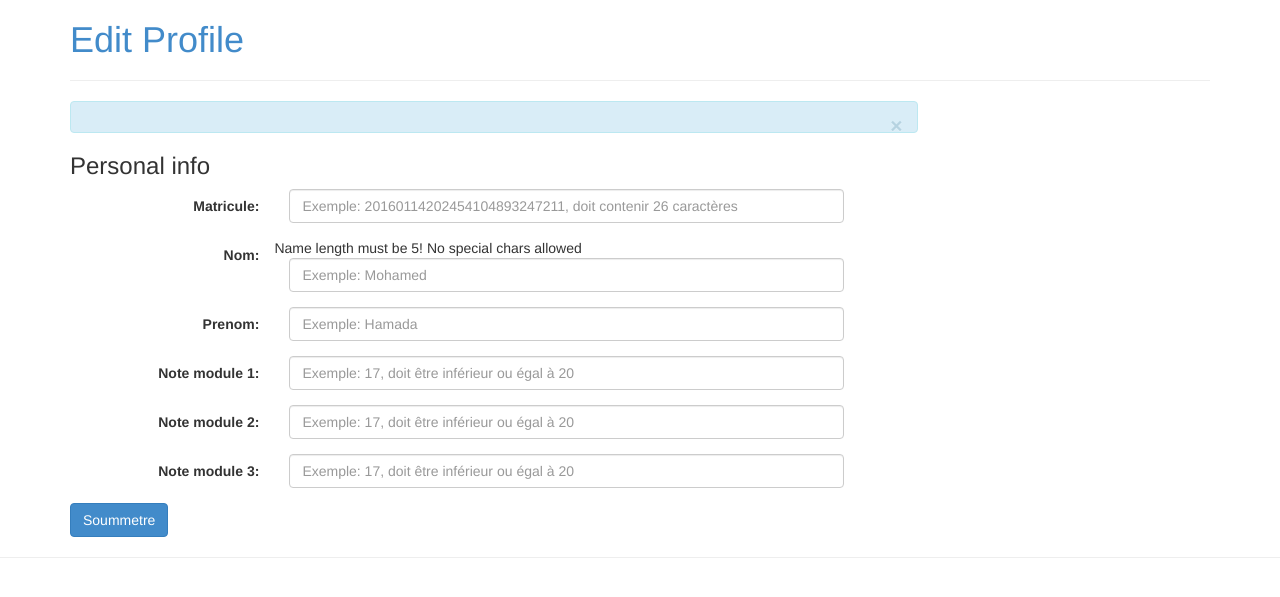
Repository: tt5300447/parakeet
Page: http://localhost/
An editor plug-in stored every save of this project. The page is shown before and after the next save, followed by the edit.
The browser window is 1280 px wide. The pictures show the whole page.
The page is run by PHP 8.4 with error messages shown; the project is at /var/www/html/.

Above is the page before, as saved 2022-06-21 16:45:54.
Console error (its wording comes from the project's code and is left out).

After the next save:
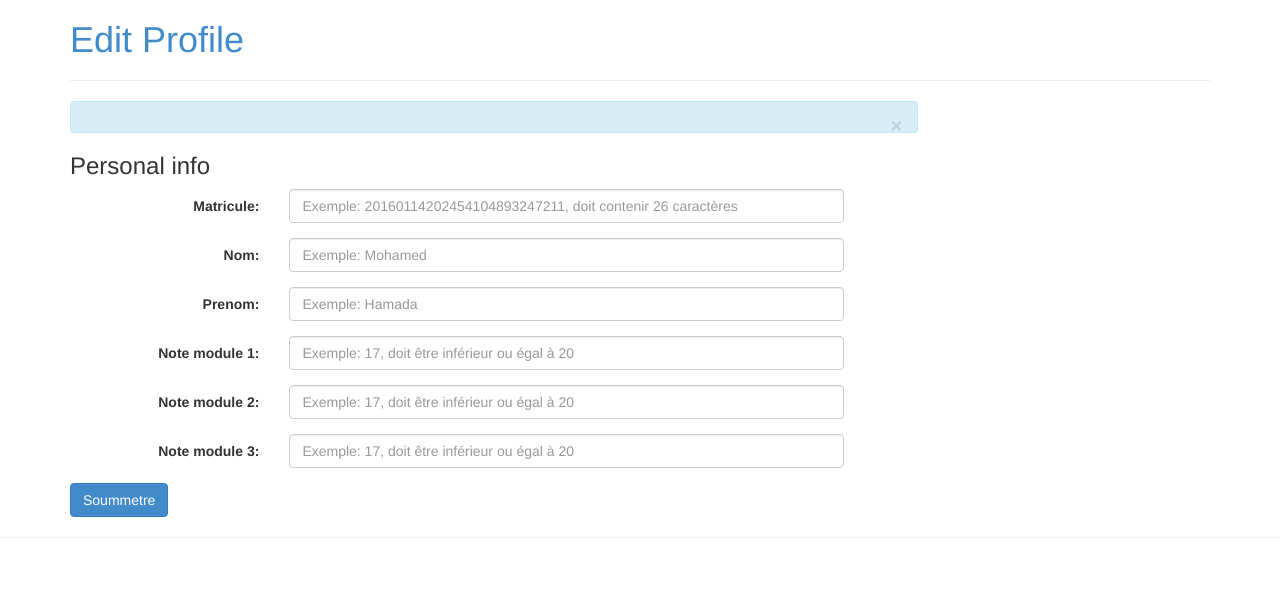
Saved 26 s later.
--- a/Copier/htdocs/Ajouter/index.php
+++ b/Copier/htdocs/Ajouter/index.php
@@ -37,7 +37,6 @@
                     </div>
                     <div class="form-group">
                         <label class="col-lg-3 control-label">Nom:</label>
-                        <span class="signup-error" id="errorname">Name length must be 5! No special chars allowed</span>
                         <div class="col-lg-8">
                             <input class="form-control" type="text" placeholder="Exemple: Mohamed" />
                         </div>
